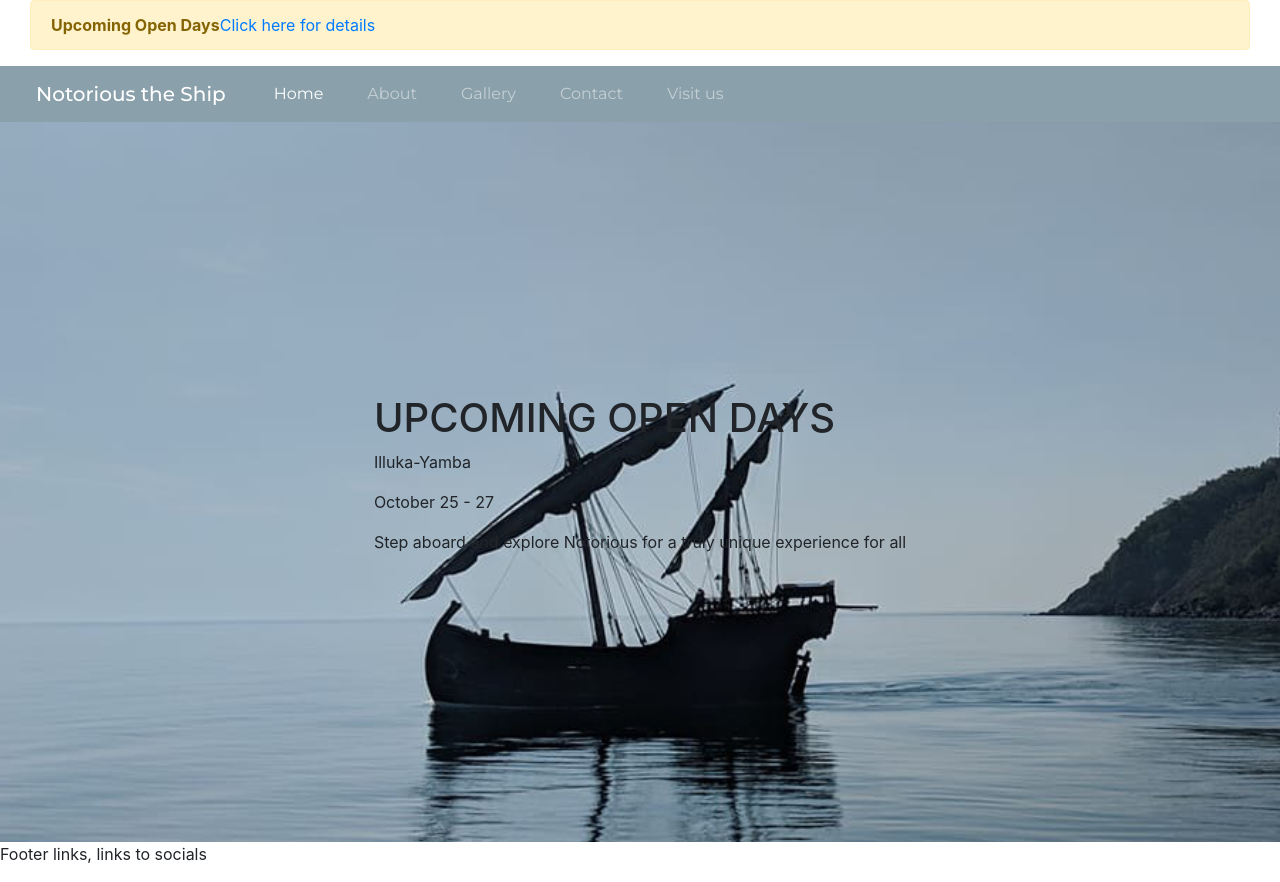
Repository: TSRose/NotorioustheShip
Page: open.html
The author's editor kept a record of every edit. The page is drawn from the files as they stood at one moment, then again after the next edit.
The browser window is 1280 px wide. The pictures show the whole page.
Backgrounds fixed to the window are drawn as part of the page.

Above is the page before.

After the next edit:
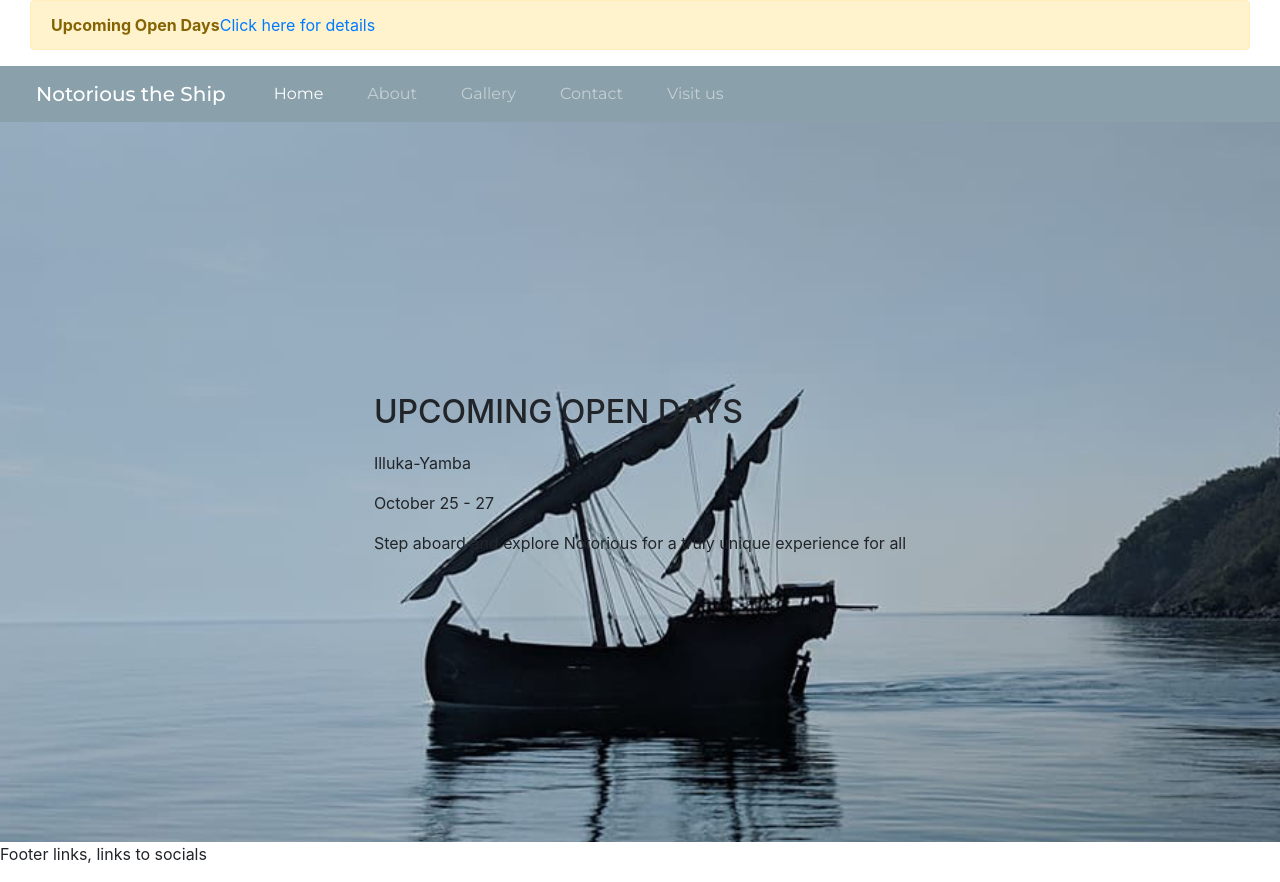
The edit:
--- a/open.html
+++ b/open.html
@@ -46,7 +46,7 @@
             <div class="row">
                 <div class="col-12">
                     <div class="jumbotron-landing">
-                        <h1 class="text-uppercase jumbotron-heading">Upcoming Open Days</h1>
+                        <h2 class="text-uppercase jumbotron-heading">Upcoming Open Days</h2>
                         <p class="landing-subheading">Illuka-Yamba</p>
                         <p class="landing-subheading">October 25 - 27</p>
                         <p class="landing-subheading">Step aboard and explore Notorious for a truly unique experience for all</p>
